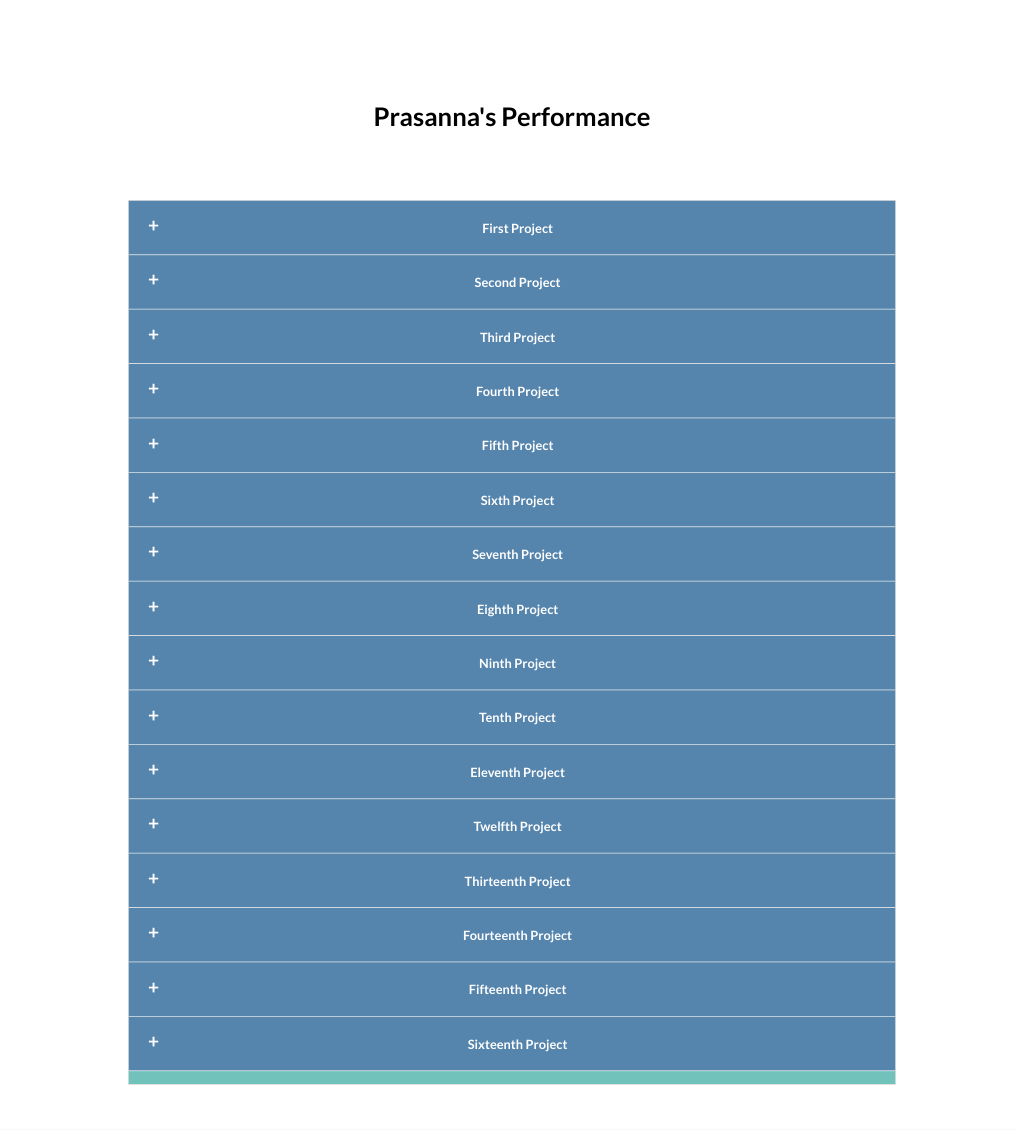
Repository: Imprasna/personalperform
Page: index.html
The author's editor kept a copy of each file at every save. The page is drawn from the files as they stood at one save, then again after a run of saves.
The browser window is 1280 px wide. The pictures show the whole page, at 80% of full size.
The style sheet was rebuilt from its Sass, Less or Tailwind sources for each picture, by a compiler version that may differ from the author's.

Above is the page before, as saved 2021-12-30 22:49:22.

### index.html
<!DOCTYPE html>
<html lang="en">

<head>
    <meta charset="UTF-8">
    <meta http-equiv="X-UA-Compatible" content="IE=edge">
    <meta name="viewport" content="width=device-width, initial-scale=1.0">
    <link rel="stylesheet" href="css/accordion.css">
    <title>Prasanna's Performance Tests</title>
</head>

<body>
    <div class="container">
        <h1 class="heading-primary">Prasanna's Performance</h1>
        <div class="accordion">
            <dl>
                <dt>
                    <a href="#accordion1" aria-expanded="false" aria-controls="accordion1"
                        class="accordion-title accordionTitle js-accordionTrigger">First Project</a>
                </dt>
                <dd class="accordion-content accordionItem is-collapsed" id="accordion1" aria-hidden="true">
                    <p>Project Name : Gedee Public School.</p>
                    <p>No. of Days: 6 Months.</p>
                    <p>ToolS Used: HTML / CSS / JavaScript.</p>
                    <p>The time I joined the Company, this has been the first project that has been handed to me. Since I had no touch to whatever I learnt previously. It took me nearly 6 months and also due to the delay of contents from the client it took me so long in getting this project completed.
                    </p>
                </dd>
                <dt>
                    <a href="#accordion2" aria-expanded="false" aria-controls="accordion2"
                        class="accordion-title accordionTitle js-accordionTrigger">
                        Second Project</a>
                </dt>
                <dd class="accordion-content accordionItem is-collapsed" id="accordion2" aria-hidden="true">
                    <p>Project Name : Signatures.</p>
                    <p>No. of Days: 18 Days.</p>
                    <p>ToolS Used: Webflow.</p>
                    <p>The time I joined the Company, this has been the first project that has been handed to me. Since I had no touch to whatever I learnt previously. It took me nearly 6 months and also due to the delay of contents from the client it took me so long in getting this project completed.
                    </p>
                </dd>

                <dt>
                    <a href="#accordion3" aria-expanded="false" aria-controls="accordion3"
                        class="accordion-title accordionTitle js-accordionTrigger">
                        Third Project
                    </a>
                </dt>
                <dd class="accordion-content accordionItem is-collapsed" id="accordion3" aria-hidden="true">
                    <p>Project Name : CMK.</p>
                    <p>No. of Days: 2 Weeks.</p>
                    <p>ToolS Used: Wordpress.</p>
                    <p>The time I joined the Company, this has been the first project that has been handed to me. Since I had no touch to whatever I learnt previously. It took me nearly 6 months and also due to the delay of contents from the client it took me so long in getting this project completed.
                    </p>
                </dd>

                <dt>
                    <a href="#accordion3" aria-expanded="false" aria-controls="accordion3"
                        class="accordion-title accordionTitle js-accordionTrigger">
                        Fourth Project
                    </a>
                </dt>
                <dd class="accordion-content accordionItem is-collapsed" id="accordion3" aria-hidden="true">
                    <p>Project Name : Triniva.</p>
                    <p>No. of Days: 10 Days.</p>
                    <p>ToolS Used: Wordpress.</p>
                    <p>The time I joined the Company, this has been the first project that has been handed to me. Since I had no touch to whatever I learnt previously. It took me nearly 6 months and also due to the delay of contents from the client it took me so long in getting this project completed.
                    </p>
                </dd>

                <dt>
                    <a href="#accordion3" aria-expanded="false" aria-controls="accordion3"
                        class="accordion-title accordionTitle js-accordionTrigger">
                        Fifth Project
                    </a>
                </dt>
                <dd class="accordion-content accordionItem is-collapsed" id="accordion3" aria-hidden="true">
                    <p>Project Name : CACPL - Landing.</p>
                    <p>No. of Days: Half-a-day.</p>
                    <p>ToolS Used: Wordpress.</p>
                    <p>The time I joined the Company, this has been the first project that has been handed to me. Since I had no touch to whatever I learnt previously. It took me nearly 6 months and also due to the delay of contents from the client it took me so long in getting this project completed.
                    </p>
                </dd>

                <dt>
                    <a href="#accordion3" aria-expanded="false" aria-controls="accordion3"
                        class="accordion-title accordionTitle js-accordionTrigger">
                        Sixth Project
                    </a>
                </dt>
                <dd class="accordion-content accordionItem is-collapsed" id="accordion3" aria-hidden="true">
                    <p>Project Name : CACPL.</p>
                    <p>No. of Days: 2 Days.</p>
                    <p>ToolS Used: Wordpress.</p>
                    <p>The time I joined the Company, this has been the first project that has been handed to me. Since I had no touch to whatever I learnt previously. It took me nearly 6 months and also due to the delay of contents from the client it took me so long in getting this project completed.
                    </p>
                </dd>

                <dt>
                    <a href="#accordion3" aria-expanded="false" aria-controls="accordion3"
                        class="accordion-title accordionTitle js-accordionTrigger">
                        Seventh Project
                    </a>
                </dt>
                <dd class="accordion-content accordionItem is-collapsed" id="accordion3" aria-hidden="true">
                    <p>Project Name : Consolidated One.</p>
                    <p>No. of Days: 4 Days.</p>
                    <p>ToolS Used: HTML / CSS / JavaScript.</p>
                    <p>The time I joined the Company, this has been the first project that has been handed to me. Since I had no touch to whatever I learnt previously. It took me nearly 6 months and also due to the delay of contents from the client it took me so long in getting this project completed.
                    </p>
                </dd>

                <dt>
                    <a href="#accordion3" aria-expanded="false" aria-controls="accordion3"
                        class="accordion-title accordionTitle js-accordionTrigger">
                        Eighth Project
                    </a>
                </dt>
                <dd class="accordion-content accordionItem is-collapsed" id="accordion3" aria-hidden="true">
                    <p>Project Name : Atlas Pain Care.</p>
                    <p>No. of Days: 5 Days.</p>
                    <p>ToolS Used: Wordpress.</p>
                    <p>The time I joined the Company, this has been the first project that has been handed to me. Since I had no touch to whatever I learnt previously. It took me nearly 6 months and also due to the delay of contents from the client it took me so long in getting this project completed.
                    </p>
                </dd>

                <dt>
                    <a href="#accordion3" aria-expanded="false" aria-controls="accordion3"
                        class="accordion-title accordionTitle js-accordionTrigger">
                        Ninth Project
                    </a>
                </dt>
                <dd class="accordion-content accordionItem is-collapsed" id="accordion3" aria-hidden="true">
                    <p>Project Name : LMW MTD.</p>
                    <p>No. of Days: 5 Days.</p>
                    <p>ToolS Used: HTML / CSS / JavaScript.</p>
                    <p>The time I joined the Company, this has been the first project that has been handed to me. Since I had no touch to whatever I learnt previously. It took me nearly 6 months and also due to the delay of contents from the client it took me so long in getting this project completed.
                    </p>
                </dd>

                <dt>
                    <a href="#accordion3" aria-expanded="false" aria-controls="accordion3"
                        class="accordion-title accordionTitle js-accordionTrigger">
                        Tenth Project
                    </a>
                </dt>
                <dd class="accordion-content accordionItem is-collapsed" id="accordion3" aria-hidden="true">
                    <p>Project Name : Lobien.</p>
                    <p>No. of Days: 3 Days.</p>
                    <p>ToolS Used: HTML / CSS / JavaScript.</p>
                    <p>The time I joined the Company, this has been the first project that has been handed to me. Since I had no touch to whatever I learnt previously. It took me nearly 6 months and also due to the delay of contents from the client it took me so long in getting this project completed.
                    </p>
                </dd>

                <dt>
                    <a href="#accordion3" aria-expanded="false" aria-controls="accordion3"
                        class="accordion-title accordionTitle js-accordionTrigger">
                        Eleventh Project
                    </a>
                </dt>
                <dd class="accordion-content accordionItem is-collapsed" id="accordion3" aria-hidden="true">
                    <p>Project Name : AJK Nursing Landing.</p>
                    <p>No. of Days: 3 Hours.</p>
                    <p>ToolS Used: HTML / CSS / JavaScript.</p>
                    <p>The time I joined the Company, this has been the first project that has been handed to me. Since I had no touch to whatever I learnt previously. It took me nearly 6 months and also due to the delay of contents from the client it took me so long in getting this project completed.
                    </p>
                </dd>

                <dt>
                    <a href="#accordion3" aria-expanded="false" aria-controls="accordion3"
                        class="accordion-title accordionTitle js-accordionTrigger">
                        Twelfth Project
                    </a>
                </dt>
                <dd class="accordion-content accordionItem is-collapsed" id="accordion3" aria-hidden="true">
                    <p>Project Name : Fenzgard.</p>
                    <p>No. of Days: 2 Days.</p>
                    <p>ToolS Used: HTML / CSS / JavaScript.</p>
                    <p>The time I joined the Company, this has been the first project that has been handed to me. Since I had no touch to whatever I learnt previously. It took me nearly 6 months and also due to the delay of contents from the client it took me so long in getting this project completed.
                    </p>
                </dd>

                <dt>
                    <a href="#accordion3" aria-expanded="false" aria-controls="accordion3"
                        class="accordion-title accordionTitle js-accordionTrigger">
                        Thirteenth Project
                    </a>
                </dt>
                <dd class="accordion-content accordionItem is-collapsed" id="accordion3" aria-hidden="true">
                    <p>Project Name : Ethinic.</p>
                    <p>No. of Days: 3 Days.</p>
                    <p>ToolS Used: HTML / CSS / JavaScript / Wordpress.</p>
                    <p>The time I joined the Company, this has been the first project that has been handed to me. Since I had no touch to whatever I learnt previously. It took me nearly 6 months and also due to the delay of contents from the client it took me so long in getting this project completed.
                    </p>
                </dd>

                <dt>
                    <a href="#accordion3" aria-expanded="false" aria-controls="accordion3"
                        class="accordion-title accordionTitle js-accordionTrigger">
                        Fourteenth Project
                    </a>
                </dt>
                <dd class="accordion-content accordionItem is-collapsed" id="accordion3" aria-hidden="true">
                    <p>Project Name : Bio-enercon.</p>
                    <p>No. of Days: 4 Days.</p>
                    <p>ToolS Used: HTML / CSS / JavaScript.</p>
                    <p>The time I joined the Company, this has been the first project that has been handed to me. Since I had no touch to whatever I learnt previously. It took me nearly 6 months and also due to the delay of contents from the client it took me so long in getting this project completed.
                    </p>
                </dd>

                <dt>
                    <a href="#accordion3" aria-expanded="false" aria-controls="accordion3"
                        class="accordion-title accordionTitle js-accordionTrigger">
                        Fifteenth Project
                    </a>
                </dt>
                <dd class="accordion-content accordionItem is-collapsed" id="accordion3" aria-hidden="true">
                    <p>Project Name : Suguna Groups.</p>
                    <p>No. of Days: 2 Days.</p>
                    <p>ToolS Used: HTML / CSS / JavaScript.</p>
                    <p>The time I joined the Company, this has been the first project that has been handed to me. Since I had no touch to whatever I learnt previously. It took me nearly 6 months and also due to the delay of contents from the client it took me so long in getting this project completed.
                    </p>
                </dd>

                <dt>
                    <a href="#accordion3" aria-expanded="false" aria-controls="accordion3"
                        class="accordion-title accordionTitle js-accordionTrigger">
                        Sixteenth Project
                    </a>
                </dt>
                <dd class="accordion-content accordionItem is-collapsed" id="accordion3" aria-hidden="true">
                    <p>Project Name : Sarvvam.</p>
                    <p>No. of Days: 2 Days (On Progress).</p>
                    <p>ToolS Used: HTML / CSS / JavaScript.</p>
                    <p>The time I joined the Company, this has been the first project that has been handed to me. Since I had no touch to whatever I learnt previously. It took me nearly 6 months and also due to the delay of contents from the client it took me so long in getting this project completed.
                    </p>
                </dd>

            </dl>
        </div>
    </div>

    <script src="app.js"></script>
</body>

</html>

### app.js
//uses classList, setAttribute, and querySelectorAll
//if you want this to work in IE8/9 youll need to polyfill these
(function(){
	var d = document,
	accordionToggles = d.querySelectorAll('.js-accordionTrigger'),
	setAria,
	setAccordionAria,
	switchAccordion,
  touchSupported = ('ontouchstart' in window),
  pointerSupported = ('pointerdown' in window);

  skipClickDelay = function(e){
    e.preventDefault();
    e.target.click();
  }

		setAriaAttr = function(el, ariaType, newProperty){
		el.setAttribute(ariaType, newProperty);
	};
	setAccordionAria = function(el1, el2, expanded){
		switch(expanded) {
      case "true":
      	setAriaAttr(el1, 'aria-expanded', 'true');
      	setAriaAttr(el2, 'aria-hidden', 'false');
      	break;
      case "false":
      	setAriaAttr(el1, 'aria-expanded', 'false');
      	setAriaAttr(el2, 'aria-hidden', 'true');
      	break;
      default:
				break;
		}
	};
//function
switchAccordion = function(e) {
  console.log("triggered");
	e.preventDefault();
	var thisAnswer = e.target.parentNode.nextElementSibling;
	var thisQuestion = e.target;
	if(thisAnswer.classList.contains('is-collapsed')) {
		setAccordionAria(thisQuestion, thisAnswer, 'true');
	} else {
		setAccordionAria(thisQuestion, thisAnswer, 'false');
	}
  	thisQuestion.classList.toggle('is-collapsed');
  	thisQuestion.classList.toggle('is-expanded');
		thisAnswer.classList.toggle('is-collapsed');
		thisAnswer.classList.toggle('is-expanded');

  	thisAnswer.classList.toggle('animateIn');
	};
	for (var i=0,len=accordionToggles.length; i<len; i++) {
		if(touchSupported) {
      accordionToggles[i].addEventListener('touchstart', skipClickDelay, false);
    }
    if(pointerSupported){
      accordionToggles[i].addEventListener('pointerdown', skipClickDelay, false);
    }
    accordionToggles[i].addEventListener('click', switchAccordion, false);
  }
})();

### accordion.scss

//updated ver
* {
    box-sizing:border-box;
  }
  @import url(https://fonts.googleapis.com/css?family=Lato:400,700);
  body {

    font-family:'Lato';
  }
  .heading-primary {
    font-size:2em;
    padding:2em;
    text-align:center;
  }
  .accordion dl,
  .accordion-list {
     border:1px solid #ddd;
     &:after {
         content: "";
         display:block;
         height:1em;
         width:100%;
         background-color:darken(#95D1CC, 10%);
       }
  }
  .accordion dd,
  .accordion__panel {
     background-color:#eee;
     font-size:1em;
     line-height:1.5em;
     height: auto;
  }
  .accordion p {
    padding: .2rem;
  }

  .accordion {
      position:relative;
      background-color:#eee;
  }
  .container {
    max-width:960px;
    margin:0 auto;
    padding:2em 0 2em 0;
  }
  .accordionTitle,
  .accordion__Heading {
   background-color:#5584AC;
     text-align:center;
       font-weight:700;
            padding:1.5rem;
            display:block;
            text-decoration:none;
            color:#fff;
            transition:background-color 0.5s ease-in-out;
    border-bottom:1px solid darken(#fff, 5%);
    &:before {
     content: "+";
     font-size:1.5em;
     line-height:0.5em;
     float:left;
     transition: transform 0.3s ease-in-out;
    }
    &:hover {
      background-color:darken(#22577E, 10%);
    }
  }
  .accordionTitleActive,
  .accordionTitle.is-expanded {
     background-color:darken(#22577E, 10%);
     border-bottom:1px solid darken(#22577E, 5%);
      &:before {

        transform:rotate(-225deg);
      }
  }
  .accordionItem {
      height:auto;
      overflow:hidden;
      //SHAME: magic number to allow the accordion to animate

       max-height:50em;
      transition:max-height 1s;


      @media screen and (min-width:48em) {
           max-height:20em;
          transition:max-height 0.5s

      }


  }

  .accordionItem.is-collapsed {
      max-height:0;
  }
  .no-js .accordionItem.is-collapsed {
    max-height: auto;
  }
  .animateIn {
       animation: accordionIn 0.45s normal ease-in-out both 1;
  }
  .animateOut {
       animation: accordionOut 0.45s alternate ease-in-out both 1;
  }
  @keyframes accordionIn {
    0% {
      opacity: 0;
      transform:scale(0.9) rotateX(-60deg);
      transform-origin: 50% 0;
    }
    100% {
      opacity:1;
      transform:scale(1);
    }
  }

  @keyframes accordionOut {
      0% {
         opacity: 1;
         transform:scale(1);
       }
       100% {
            opacity:0;
             transform:scale(0.9) rotateX(-60deg);
         }
  }

After the next 2 saves:
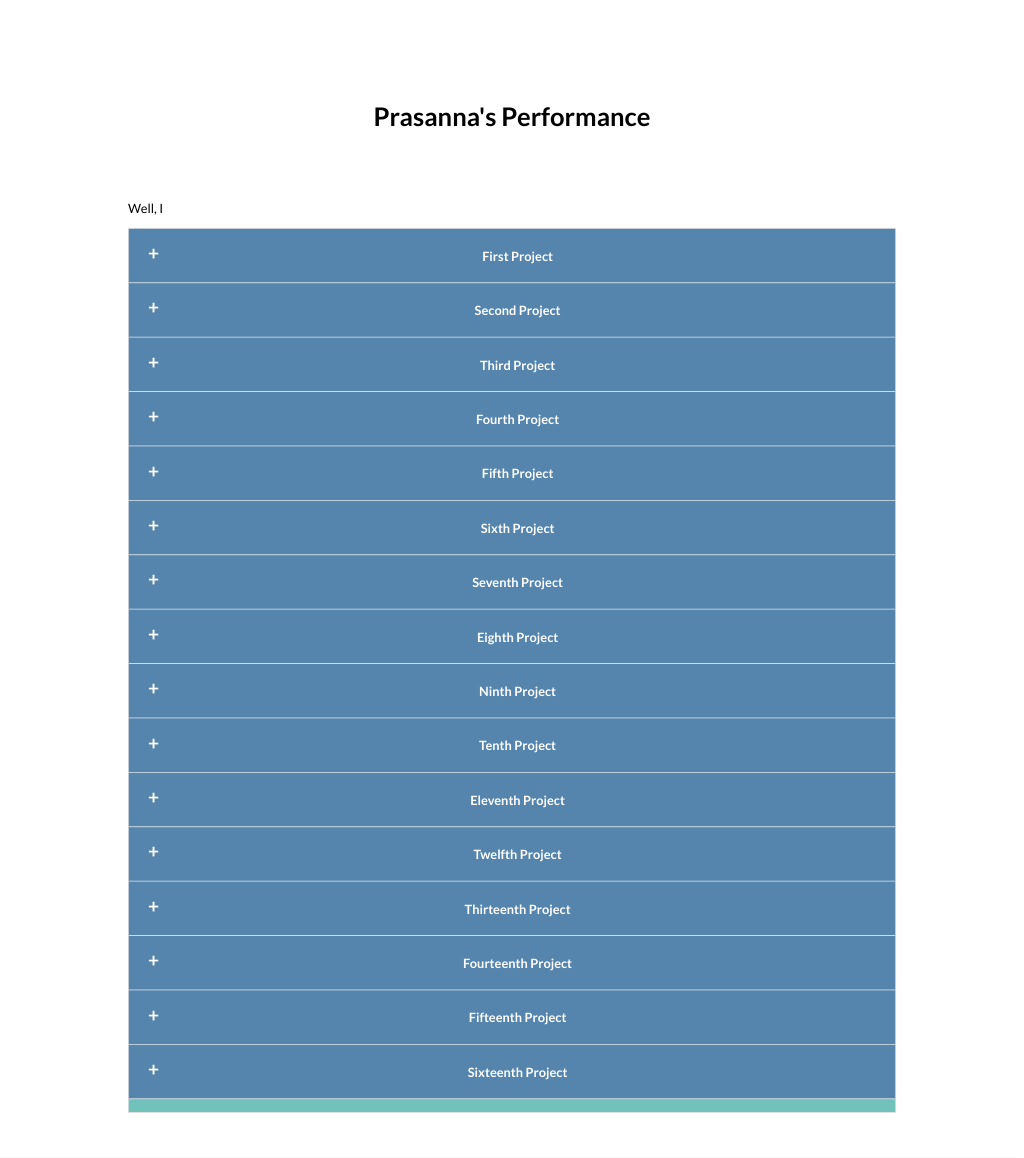
The 2 saves are shown as one change because they came seconds apart.
The last was saved 15 s later.
--- a/index.html
+++ b/index.html
@@ -12,6 +12,7 @@
 <body>
     <div class="container">
         <h1 class="heading-primary">Prasanna's Performance</h1>
+        <p>Well, I</p>
         <div class="accordion">
             <dl>
                 <dt>
